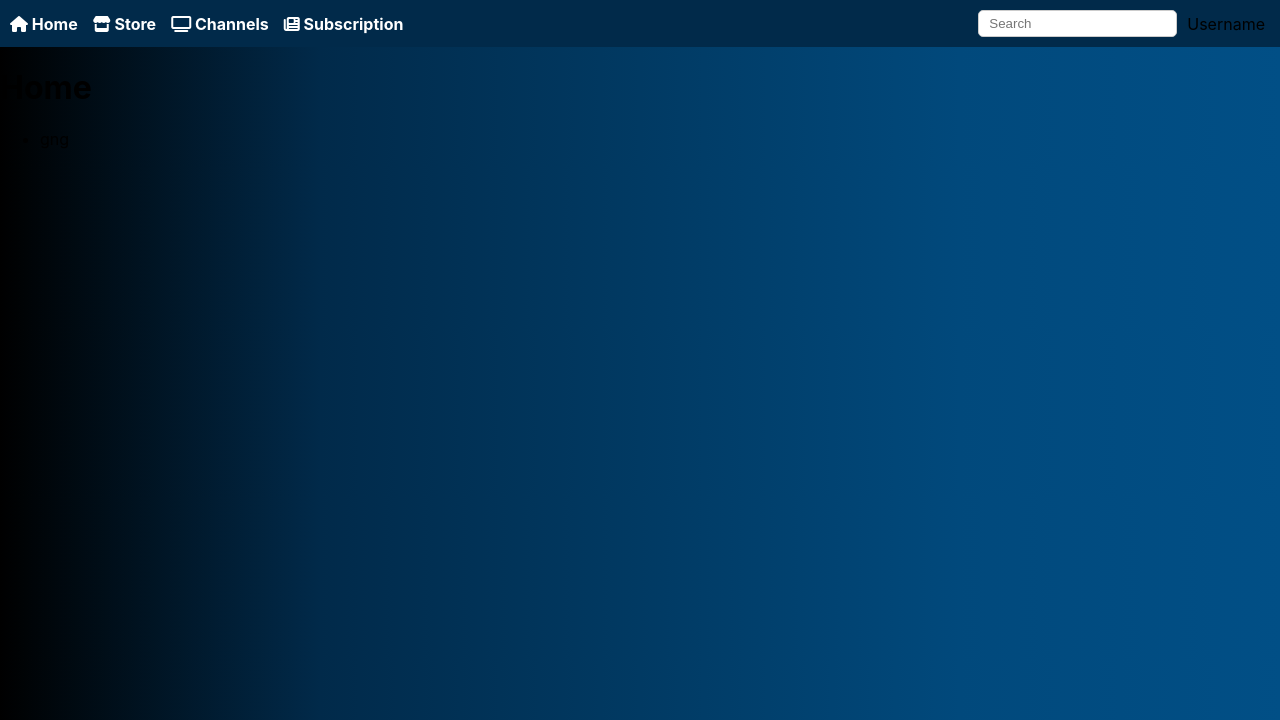
Repository: gordonnrat/group-2-project
Page: / (app in source-code/)
The author's editor kept a copy of each file at every save. The page is drawn from the files as they stood at one save, then again after the next save.
The browser window is 1280 px wide. The pictures show the whole page.
The project was rebuilt for these pictures with package versions that can differ from the ones it lists, and the page was loaded fresh each time. Also part of the build but not shown: source-code/src/App.css, source-code/src/App.js, source-code/src/components/pages/Login.js.

Above is the page before, as saved 2023-07-21 10:16:16.

### source-code/src/index.js
import React from 'react';
import ReactDOM from 'react-dom';
import './index.css';
import reportWebVitals from './reportWebVitals';
import {
  BrowserRouter as Router,
  Routes,
  Route,
  Link
} from "react-router-dom";

import App from './App';
import Home from './components/pages/Home';
import Login from './components/pages/Login';

ReactDOM.render(
  <React.StrictMode>
    <Router>
      <Routes>
        <Route path="/" element={<Home />} />
        <Route path="/login" element={<Login />} />
        {/* Add more routes here */}
        <Route path="/group-2-project" element={<Link to="/" />} />
      </Routes>
    </Router>
  </React.StrictMode>,
  document.getElementById('root')
);

// If you want to start measuring performance in your app, pass a function
// to log results (for example: reportWebVitals(console.log))
// or send to an analytics endpoint. Learn more: https://bit.ly/CRA-vitals
reportWebVitals();

### source-code/src/index.css
body {
  margin: 0;
  font-family: -apple-system, BlinkMacSystemFont, 'Segoe UI', 'Roboto', 'Oxygen',
    'Ubuntu', 'Cantarell', 'Fira Sans', 'Droid Sans', 'Helvetica Neue',
    sans-serif;
  -webkit-font-smoothing: antialiased;
  -moz-osx-font-smoothing: grayscale;
}

code {
  font-family: source-code-pro, Menlo, Monaco, Consolas, 'Courier New',
    monospace;
}

body {
  background: linear-gradient(0.25turn,black,#012A4A, #013A63, #01497C,#014F86);


}

### source-code/src/components/pages/Home.js
import Navbar from "../Navbar";

function Home() {
    return(
        <div>
            <Navbar />
            <h1>Home</h1>
            <ul>
                <li>gng</li>
            </ul>
        </div>
    )
}

export default Home

### source-code/src/components/Navbar.js
import { Link } from "react-router-dom";
import "./Navbar.css";
import "@fortawesome/fontawesome-free/css/all.min.css";

function Navbar() {
  return (
    <nav className="navbar">
      <ul className="left-nav">
        <li>
          <Link to="/">
            <i className="fas fa-home"></i> Home
          </Link>
        </li>
        <li>
          <Link to="/Store">
            <i className="fas fa-store"></i> Store
          </Link>
        </li>
        <li>
          <Link to="/Channels">
            <i className="fas fa-tv"></i> Channels
          </Link>
        </li>
        <li>
          <Link to="/Subscription">
            <i className="fas fa-newspaper"></i> Subscription
          </Link>
        </li>
      </ul>
      <div className="right-nav">
        <input type="text" placeholder="Search" />
        <div className="user-section">
          {/* Your user-related elements can go here */}
          <span>Username</span>
        </div>
      </div>
    </nav>
  );
}

export default Navbar;

### source-code/src/components/Navbar.css
/* Navbar.css */

.navbar {
    background-color: #012A4A;
    padding: 10px;
    display: flex;
    justify-content: space-between;
    align-items: center;
}




.left-nav {
    list-style-type: none;
    margin: 0;
    padding: 0;
    display: flex;
    align-items: center;
}

.left-nav li {
    margin-right: 15px;
}

.left-nav li:last-child {
    margin-right: 0;
}

.left-nav li a {
    text-decoration: none;
    color: white;
    font-size: 16px;
    font-weight: bold;
}

.left-nav li a:hover {
    color: white;
}

.right-nav {
    display: flex;
    align-items: center;
}

.right-nav input[type="text"] {
    padding: 5px 10px;
    border: 1px solid #ccc;
    border-radius: 5px;
    margin-right: 10px;
}

.user-section {
    display: flex;
    align-items: center;
}

.user-section span {
    margin-right: 5px;
}

.user-section img {
    width: 30px;
    height: 30px;
    border-radius: 50%;
}

Loaded but not shown: source-code/public/index.html (common file); source-code/src/reportWebVitals.js (common file)

After the next save:
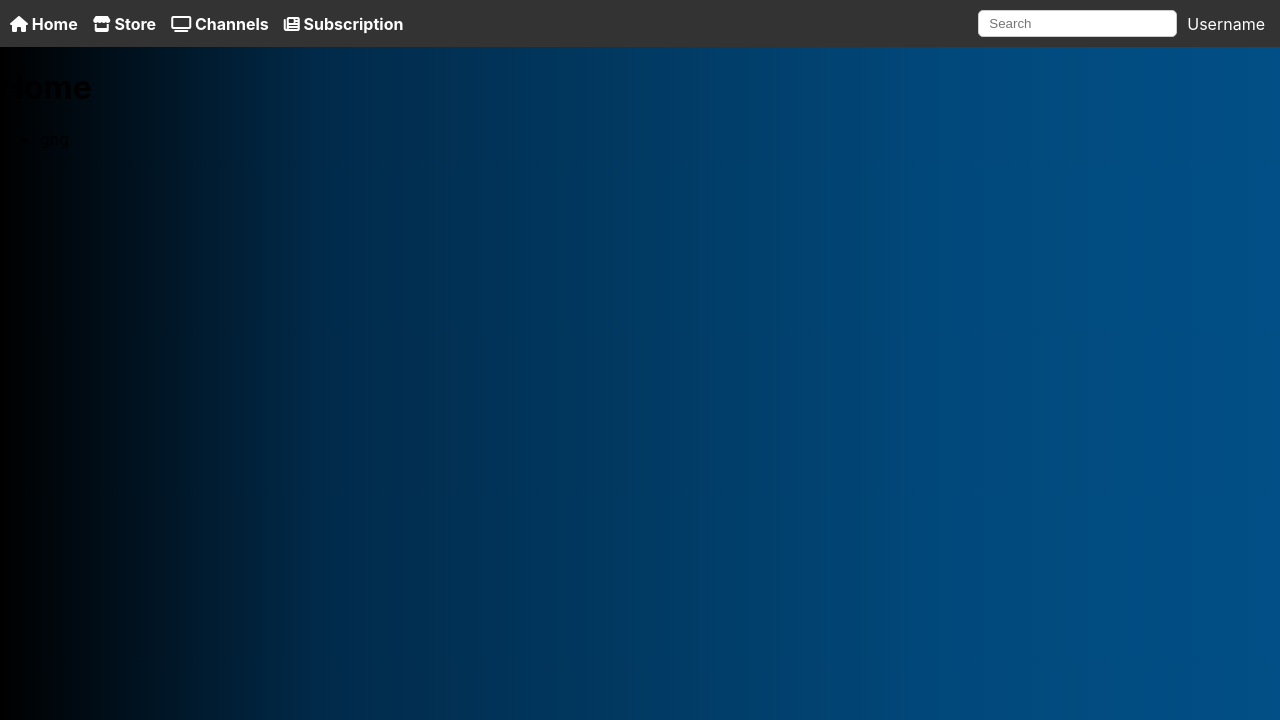
Saved 95 s later.
--- a/source-code/src/components/Navbar.css
+++ b/source-code/src/components/Navbar.css
@@ -64,3 +64,11 @@
     height: 30px;
     border-radius: 50%;
 }
+
+
+  /* NavigationBar.css */
+.navbar {
+    background-color: #333;
+    color: white;
+    padding: 10px;
+  }

After the 2 saves that followed:
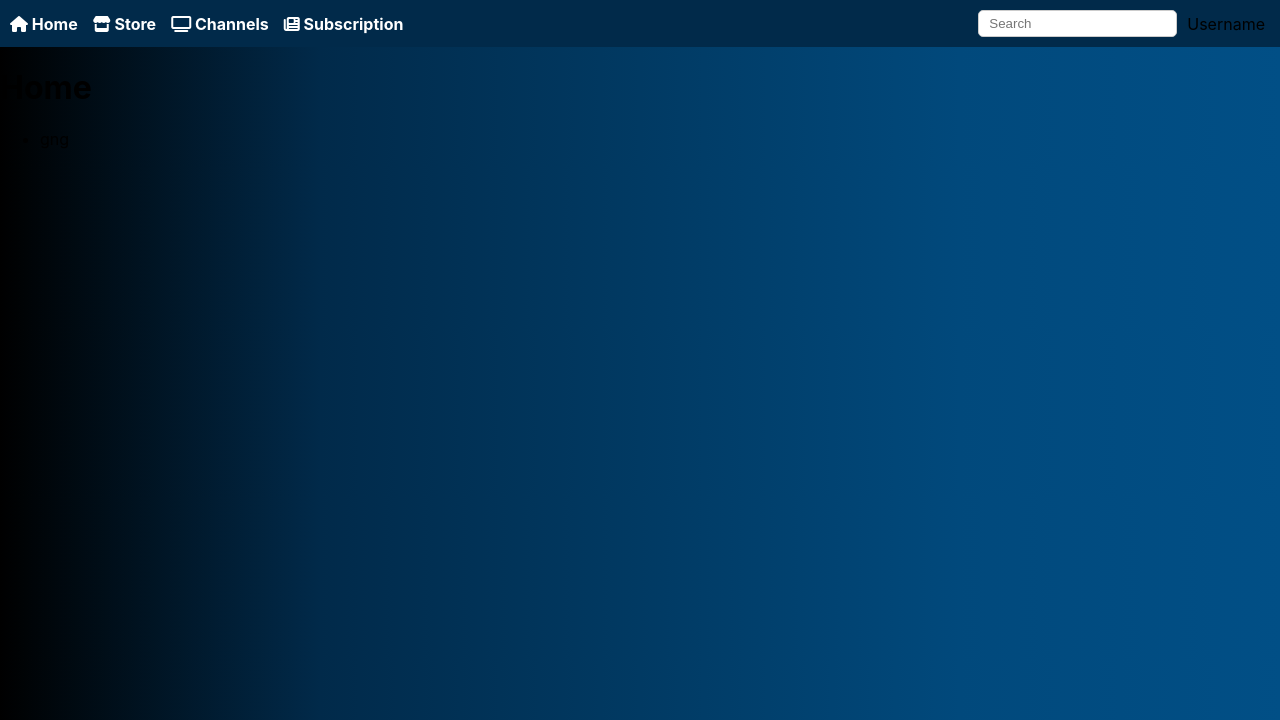
The 2 saves are shown as one change because they came seconds apart.
The last was saved 24 s later.
--- a/source-code/src/components/Navbar.css
+++ b/source-code/src/components/Navbar.css
@@ -6,6 +6,7 @@
     display: flex;
     justify-content: space-between;
     align-items: center;
+    padding: 10px;
 }
 
 
@@ -67,8 +68,3 @@
 
 
   /* NavigationBar.css */
-.navbar {
-    background-color: #333;
-    color: white;
-    padding: 10px;
-  }
